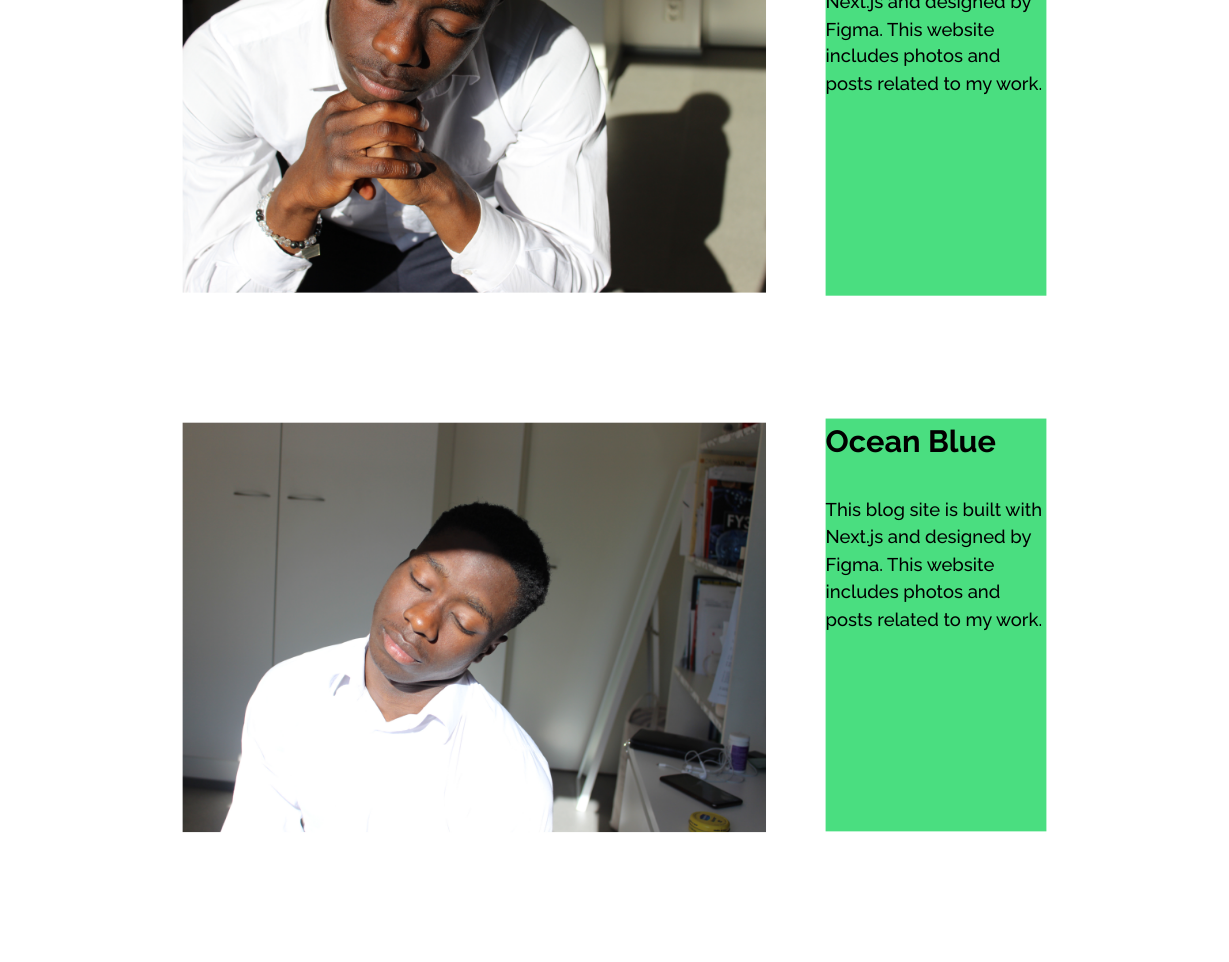
Repository: Graquick/Blog
Page: /photos
These files come from the project's save history. The page is drawn as it stood at one moment and after a run of saves; the edit follows.
The browser window is 1280 px wide. The pictures show the whole page, at 96% of full size.
The project was rebuilt for these pictures with package versions that can differ from the ones it lists, and the page was loaded fresh each time. The framework's server and built-in components were replaced by stand-ins that run in the browser. Also part of the build but not shown: next.config.js, components/Footer.js.

Above is the page before, as saved 2022-07-07 14:28:36.

After the next 3 saves:
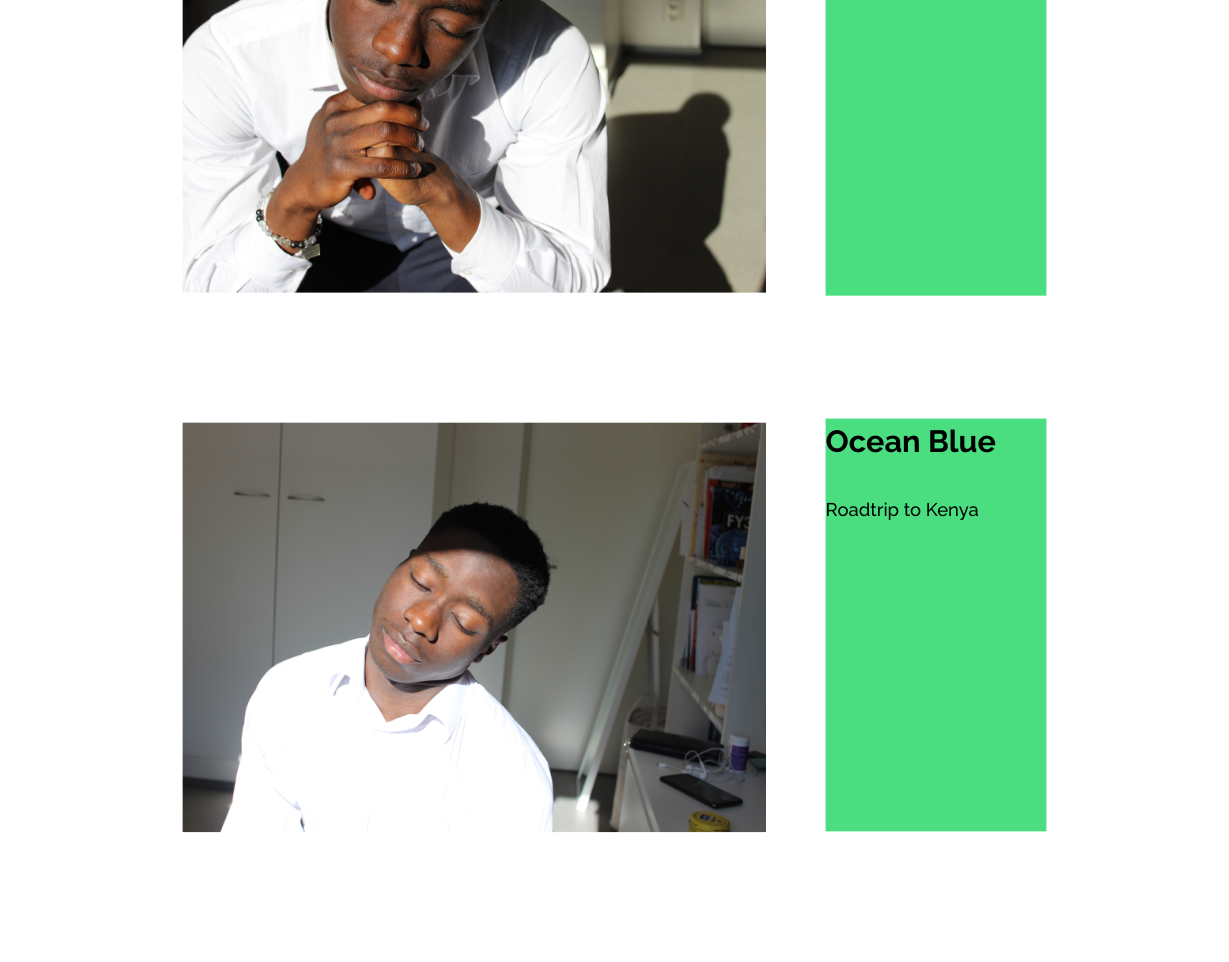
The 3 saves are shown as one change because they came seconds apart.
The last was saved 12 s later.
--- a/pages/photos.js
+++ b/pages/photos.js
@@ -53,7 +53,8 @@ export default function Photos() {
                 {desc.map((desc, i) => (
                   <div key={i} className="w-[230px] h-[430px] bg-green-400 flex flex-col gap-8 mb-32">
                     <h1 className="text-[2rem] font-bold w-fit">{desc.title}</h1>
-                    <p className="font-medium text-[1.2rem] cursor-default">{desc.text}</p>
+                    <p className="font-medium text-[1.2rem] cursor-default">{desc.info}</p>
+                    <span></span>
                   </div>
                 ))}
               </div>
